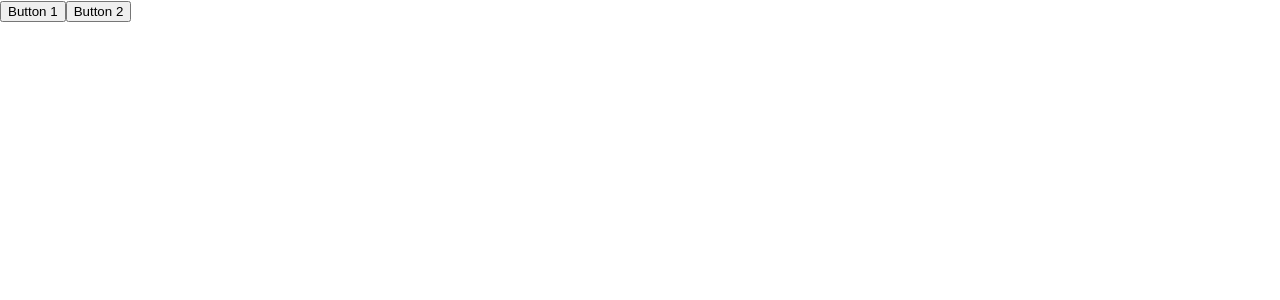
Repository: dnjfht/css-example
Page: /
These files come from the project's save history. The page is drawn as it stood at one moment and after the next save; the edit follows.
The browser window is 1280 px wide. The pictures show the whole page.
The project was rebuilt for these pictures with package versions that can differ from the ones it lists, and the page was loaded fresh each time.

Above is the page before, as saved 2023-05-11 16:30:55.

### src/App.js
import React from "react";
import Button1 from "./components/Button1";
import Button2 from "./components/Button2";

export default function App() {
  return (
    <div>
      <Button1 />
      <Button2 />
    </div>
  );
}

### src/components/Button1.js
import React from "react";
import styles from "./Button1.module.css";

export default function Button1() {
  return <button className="button">Button 1</button>;
}

// 기본적인 css 파일을 사용했을 때의 문제점 :
// 동일한 class 이름을 사용하면
// 가장 나중에 import된 css 파일에 정의된 selector가 이기게 됨.
// 아무리 다른 css 파일을 만든다고 해도, 서로 다른 파일에서 동일한 calss 이름을 사용하면
// 가장 나중에 import된 css 파일에 정의된 selector가 앞에껄 덮어씌우게 되어 있다.

// 이렇게 PostCSS를 사용하면 class 이름이 충돌나는 것을 신경쓰지 않아도 된다.
// PostCSS를 쓰면 자동으로 이름을 감싸준 네이밍 스페이스를 더해서 객체를 전달해준다.
// 객체 이름은 원하는 대로 정의해주면 된다.(ex : styles)

### src/components/Button2.js
import React from "react";

export default function Button2() {
  return <button className="button">Button 2</button>;
}

### src/components/Button1.module.css
.button {
  background-color: aquamarine;
}

Loaded but not shown: public/index.html (common file); src/index.js (common file); src/index.css (common file); src/reportWebVitals.js (common file)

After the next save:
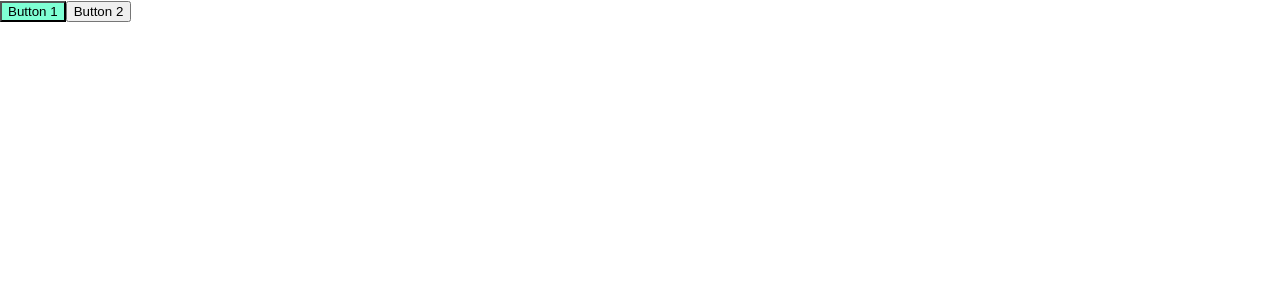
Saved 9 s later.
--- a/src/components/Button1.js
+++ b/src/components/Button1.js
@@ -2,7 +2,7 @@ import React from "react";
 import styles from "./Button1.module.css";
 
 export default function Button1() {
-  return <button className="button">Button 1</button>;
+  return <button className={styles.button}>Button 1</button>;
 }
 
 // 기본적인 css 파일을 사용했을 때의 문제점 :
